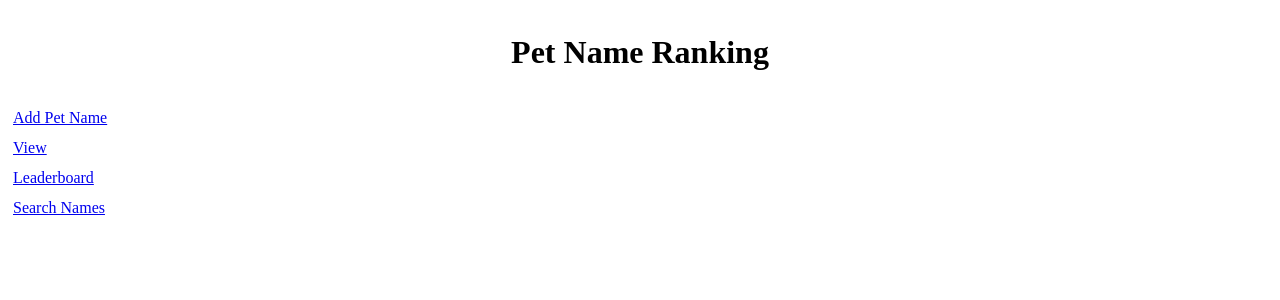
Repository: mutterbucket/TriplettTermProject4830
Page: workspaceCSCI4830-tech-excercise-Triplett/techExcerciseTriplett/WebContent/home_search.html
These files come from the project's save history. The page is drawn as it stood at one moment and after the next save; the edit follows.
The browser window is 1280 px wide. The pictures show the whole page.

Above is the page before, as saved 2020-02-21 22:19:51.

### workspaceCSCI4830-tech-excercise-Triplett/techExcerciseTriplett/WebContent/home_search.html
<!DOCTYPE html>
<html>
<head>
<meta charset="ISO-8859-1">
<style type="text/css">
header {
    background-color: 19FFBD;
    color: black;
    text-align: center;
    padding: 5px;
}
nav {
    line-height:30px;
    background-color:5C716B;
    height:300px;
    width:100px;
    float:left;
    padding:5px;
}
section {
    width:350px;
    float:left;
    padding:10px;
}
footer {
    background-color:19FFBD;
    color:black;
    clear:both;
    text-align:center;
    padding:5px;
}
</style>
</head>
<body>
<header>
<h1>Pet Name Ranking</h1>
</header>

<nav>
<a href="/techExcerciseTriplett/add_name.html">Add Pet Name</a> <br>
<a href="/techExcerciseTriplett/leaderboard.html">View Leaderboard</a> <br>
<a href="/techExcerciseTriplett/search_names.html">Search Names</a> <br>
</nav>

</body>
</html>

After the next save:
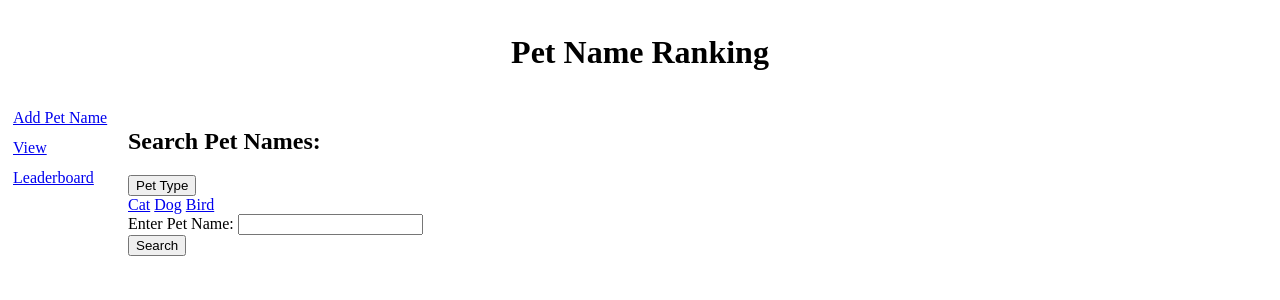
Saved 6 min 15 s later.
--- a/workspaceCSCI4830-tech-excercise-Triplett/techExcerciseTriplett/WebContent/home_search.html
+++ b/workspaceCSCI4830-tech-excercise-Triplett/techExcerciseTriplett/WebContent/home_search.html
@@ -39,8 +39,27 @@ footer {
 <nav>
 <a href="/techExcerciseTriplett/add_name.html">Add Pet Name</a> <br>
 <a href="/techExcerciseTriplett/leaderboard.html">View Leaderboard</a> <br>
-<a href="/techExcerciseTriplett/search_names.html">Search Names</a> <br>
 </nav>
 
+<section>
+	<h1>Search Pet Names:</h1>
+
+	<div class="dropdown">
+       <button class="dropbtn">Pet Type</button>
+       <div class="dropdown-content">
+         <a href="#">Cat</a>
+         <a href="#">Dog</a>
+         <a href="#">Bird</a>
+       </div>
+    </div>
+
+	<form action="SearchNames" method="POST">
+
+		Enter Pet Name: <input type="text" name="keyword"> <br />
+
+		<input type="submit" value="Search" />
+	</form>
+
+</section>
 </body>
 </html>
